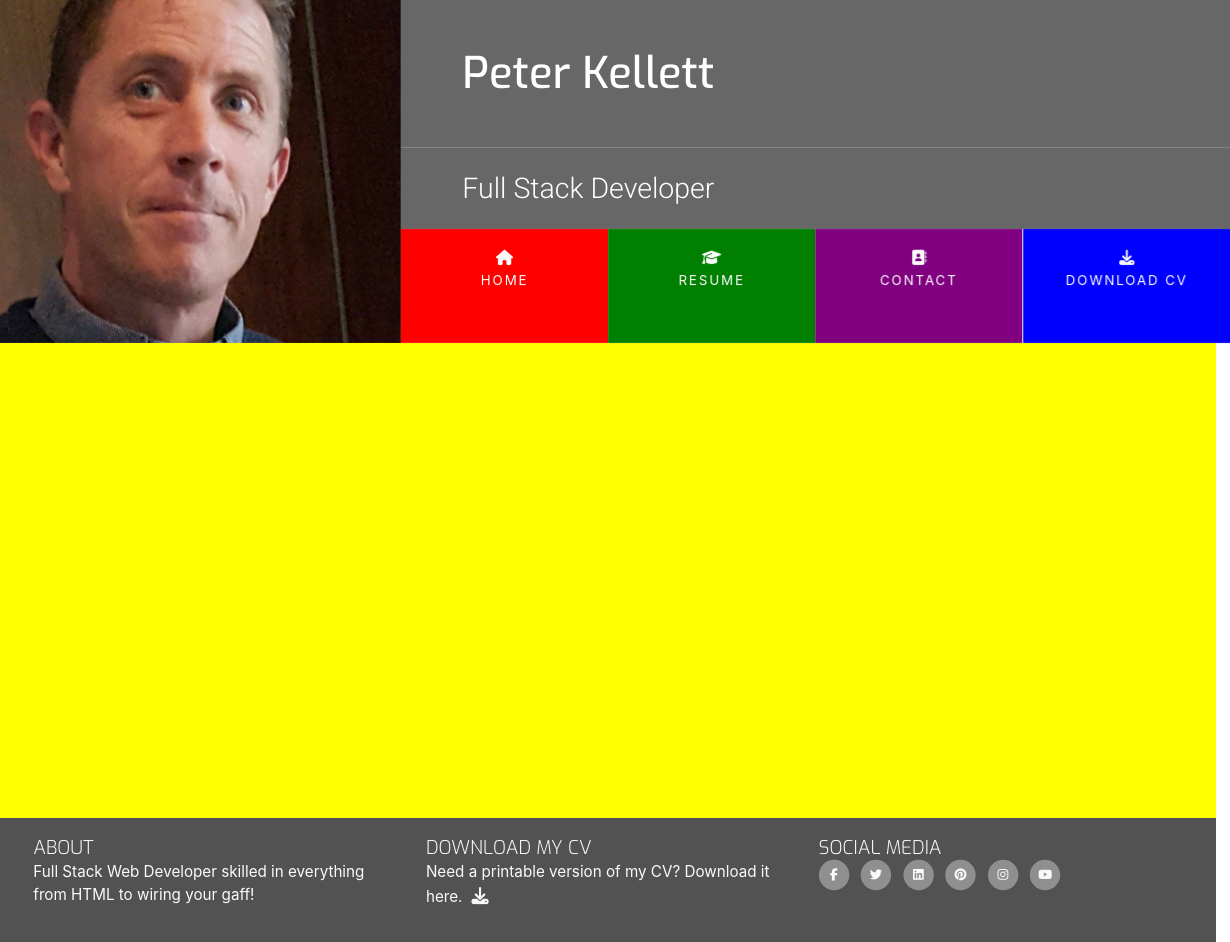
Repository: PeterKellett/ucd-resume
Page: index.html
The author's editor kept a record of every edit. The page is drawn from the files as they stood at one moment, then again after the next edit.
The browser window is 1280 px wide. The page is 1295 px wide, so the pictures cover 1295 px, including what lies to the right of the window. The pictures show the whole page, at 95% of full size.
Some web libraries are served in a nearby version.

Above is the page before.

### index.html
<!DOCTYPE html>
<html lang="en">

<head>
    <meta charset="UTF-8">
    <meta name="viewport" content="width=device-width, initial-scale=1.0">
    <meta http-equiv="X-UA-Compatible" content="ie=edge">
    <link rel="stylesheet" href="" type="text/css" />
    <link rel="stylesheet" href="https://stackpath.bootstrapcdn.com/bootstrap/4.3.1/css/bootstrap.min.css" integrity="sha384-ggOyR0iXCbMQv3Xipma34MD+dH/1fQ784/j6cY/iJTQUOhcWr7x9JvoRxT2MZw1T" crossorigin="anonymous">
    <script src="https://kit.fontawesome.com/5522ae6586.js"></script>
    <link rel="stylesheet" href="https://cdnjs.cloudflare.com/ajax/libs/hover.css/2.3.1/css/hover-min.css" type="text/css" />

    <link rel="stylesheet" href="assets/css/style.css" type="text/css" />
    <title>Peter</title>
</head>

<body>
    <!--header-->
    <header>
        <div class="row">
            <a href="index.html" class="col-md-4 logo"></a>
            <div class="col-md-8">
                <div class="row bg-color-name-title">
                    <div class="col heading">
                        <h1 class="name">Peter Kellett</h1>
                    </div>
                </div>
                <div class="row bg-color-name-title">
                    <div class="col heading">
                        <h2 class="title">Full Stack Developer</h2>
                    </div>
                </div>
                <div class="row menucontainer">
                    <a href="index.html" class="col-6 col-sm-3 tab-home hvr-sweep-to-bottom">
                        <i class="fas fa-home" aria-hidden="true"></i>
                        <span> Home</span>
                    </a>
                    <a href="resume.html" class="col-6 col-sm-3 tab-resume hvr-sweep-to-bottom">
                        <i class="fas fa-graduation-cap" aria-hidden="true"></i>
                        <span> Resume</span>
                    </a>
                    <a href="contact.html" class="col-6 col-sm-3 tab-contact hvr-sweep-to-bottom">
                        <i class="fas fa-address-book" aria-hidden="true"></i>
                        <span> Contact</span>
                    </a>
                    <a href="" class="col-6 col-sm-3 tab-cv hvr-sweep-to-bottom">
                        <i class="fas fa-download" aria-hidden="true"></i>
                        <span> Download CV</span>
                    </a>
                </div>
            </div>
        </div>
    </header>
    <!--End header-->

    <!--section-->
    <section>

    </section>
    <!--End section-->

    <!--footer-->
    <footer class="container-fluid">
        <div class="row" id="footer-header">
            <div class="col-sm-4">
                <h5 class="uppercase general-sub">About</h5>
                <p class="inline-block">Full Stack Web Developer skilled in everything from HTML to wiring your gaff!</p>
            </div>
            <div class="col-sm-4">
                <h5 class="uppercase general-sub">Download my CV</h5>
                 <p class="inline-block">Need a printable version of my CV? Download it here.
                 <a href="#" target="_blank" class="cv-pdf">
                     <i class="fa fa-download" aria-hidden="true"></i>
                     <span class="sr-only">Download link.</span>
                 </a></p>
            </div>
            <div class="col-sm-4">
                <h5 class="uppercase general-sub">Social Media</h5>
                <ul class="list-inline social-links">
                    <li class="list-inline-item">
                        <a href="#" target="_blank">
                            <i class="fab fa-facebook-f" aria-hidden="true"></i>
                            <span class="sr-only">Facebook</span>
                        </a>
                    </li>
                    <li class="list-inline-item">
                        <a href="#" target="_blank">
                            <i class="fab fa-twitter" aria-hidden="true"></i>
                            <span class="sr-only">Twitter</span>
                        </a>
                    </li>
                    <li class="list-inline-item">
                        <a href="#" target="_blank">
                            <i class="fab fa-linkedin" aria-hidden="true"></i>
                            <span class="sr-only">LinkedIn</span>
                        </a>
                    </li>
                    <li class="list-inline-item">
                        <a href="#" target="_blank">
                            <i class="fab fa-pinterest" aria-hidden="true"></i>
                            <span class="sr-only">Pinterest</span>
                        </a>
                    </li>
                    <li class="list-inline-item">
                        <a href="#" target="_blank">
                            <i class="fab fa-instagram" aria-hidden="true"></i>
                            <span class="sr-only">Instagram</span>
                        </a>
                    </li>
                    <li class="list-inline-item">
                        <a href="#" target="_blank">
                            <i class="fab fa-youtube" aria-hidden="true"></i>
                            <span class="sr-only">YouTube</span>
                        </a>
                    </li>
                </ul>
            </div>
        </div>

    </footer>
    <!--End footer-->
</body>

</html>

### assets/css/style.css
@import url('https://fonts.googleapis.com/css?family=Roboto:100,200,300,400,500,600,700|Exo:100,200,300,400,500,600,700');

/*-----------------------------------Header--------*/

header {
    margin: 0;
}

.heading {
    margin-left: 50px;
}

.heading .name {
    font-family: "Exo", sans-serif;
    font-weight: 500;
    font-size: 46px;
    margin-top: 50px;
    margin-bottom: 50px;
    color: #ffffff;
}

.heading .title {
    font-family: "Roboto", sans-serif;
    font-weight: 300;
    font-size: 30px;
    margin-top: 25px;
    margin-bottom: 25px;
    color: #ffffff;
}

/*------------------------------------Headings--------------------*/

h1,
h2,
h3,
h4,
h5 {
    margin: 0;
}

#footer-header {
    padding: 20px;
}

/*------------------------------------Main page Section--------------------*/
section {
    height: 500px;
    background-color:yellow;
}


/*---------------------------------General-------------------------*/
.uppercase {
    text-transform: uppercase;
}

.general-sub {
    font-family: "Exo", sans-serif;
    font-weight: 300;
    color: #fafafa;
}

.inline-block {
    display: inline-block;
}
/*--------------------------------Containers------------*/

.menucontainer {
    height: 120px;
    text-align: center;
    padding: 0;
}

.tab-home {
    background-color: red;
    color: #ffffff;
}

.tab-resume {
    background-color: green;
    color: #ffffff;
}

.tab-contact {
    background-color: purple;
    color: #ffffff;
}

.tab-cv {
    background-color: blue;
    color: #ffffff;
}


/*-------------------------------Colors----------*/

.bg-color-name-title {
    background-color: #676767;
}

/*---------------Logo----------*/

.logo {
    background: url("../images/profile_pic.png");
    background-position: center;
    background-repeat: no-repeat;
    background-size: cover;
    min-height: 360px;
    padding: 0;
    transition: all .5s ease-in-out;
    -moz-transition: all .5s ease-in-out;
    /*browser prefix*/
    -webkit-transition: all .5s ease-in-out;
    /*vendor prefix*/
    -o-transition: all .5s ease-in-out;
}

/*-------------------------------------Links----------------------*/

a:hover {
    text-decoration: none;
    font-weight: bold;
}

.menucontainer a i {
    padding-top: 22px;
    display: block;
    color: #fafafa;
}

.menucontainer a span {
    display: block;
    width: 100%;
    padding-top: 5px;
    text-transform: uppercase;
    font-size: 14px;
    font-weight: 400;
    letter-spacing: 2px;
}


/*-------------------------------FX Hover------------------------*/

.hvr-sweep-to-bottom:before {
    background-color: rgba(0, 0, 0, 0.2);
    height: 120px;
    padding: 0;
}


/*-------------------------------Footer-----------------------------*/
footer {
    background-color: #525252;
    color: #fafafa;
    min-height: 120px;
    margin: 0;
}

.cv-pdf {
    font-size: 18px;
    color: #fafafa;
    text-align: center;
    padding-left: 5px;
    transition: all 0.35s ease-in-out;
    -moz-transition: all 0.35s ease-in-out;
    -webkit-transition: all 0.35s ease-in-out;
    -o-transition: all 0.35s ease-in-out;
}

.cv-pdf i:hover {
    color: #e84610;
}

.social-links {
    padding-bottom: 15px;
}

.social-links li a i {
    width: 32px;
    height: 32px;
    padding: 12px 0;
    border-radius: 50%;
    font-size: 13px;
    line-height: 7px;
    text-align: center;
    color: #fafafa;
    background-color: #8f8f8f;
    -moz-transition: all 0.35s ease-in-out;
    -webkit-transition: all 0.35s ease-in-out;
    -o-transition: all 0.35s ease-in-out;
}

.social-links li a i:hover {
    background-color: #e84610;
}

After the next edit:
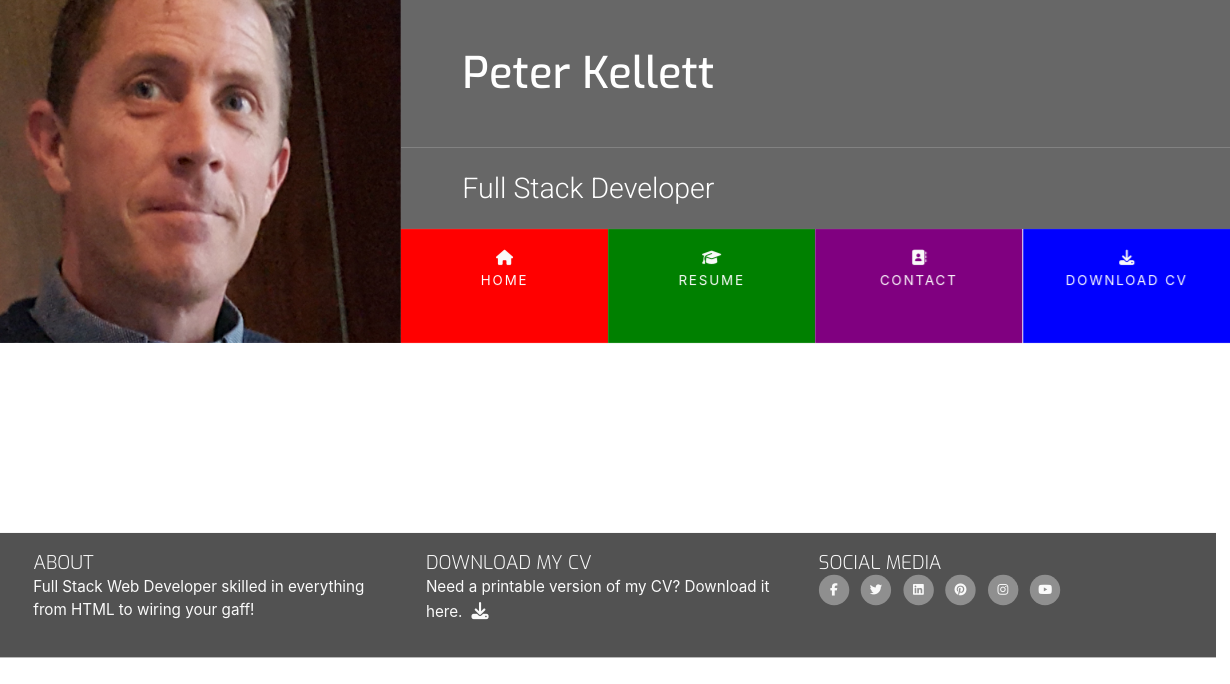
The edit:
--- a/assets/css/style.css
+++ b/assets/css/style.css
@@ -44,8 +44,8 @@
 
 /*------------------------------------Main page Section--------------------*/
 section {
-    height: 500px;
-    background-color:yellow;
+    height: 200px;
+
 }
 
 
